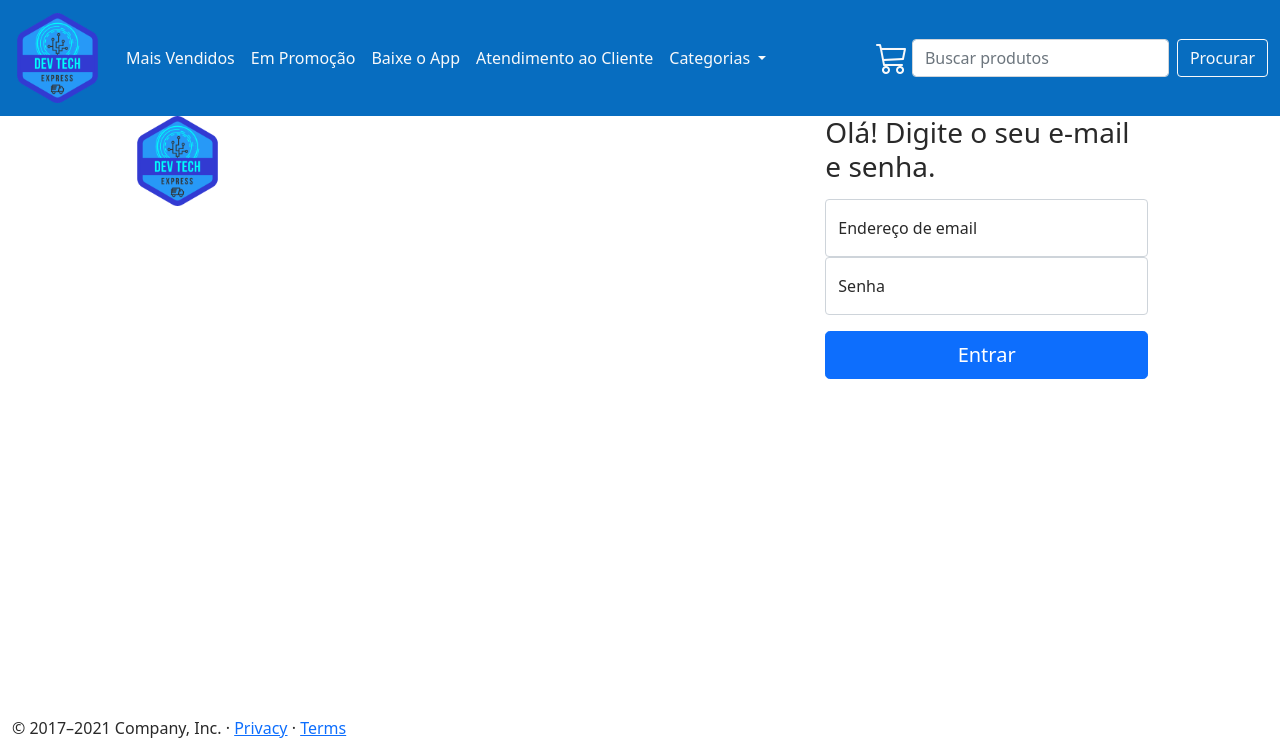
Repository: dantas-barreto/trabalho-interdisciplinar-IDW-IAP
Page: signin.html
These files come from the project's save history. The page is drawn as it stood at one moment and after the next save; the edit follows.
The browser window is 1280 px wide. The pictures show the whole page.
Some web libraries are served in a nearby version.

Above is the page before, as saved 2021-11-30 21:37:39.

### signin.html
<!DOCTYPE html>
<html lang="pt-br">
  <head>
    <meta charset="utf-8" />
    <meta name="viewport" content="width=device-width, initial-scale=1" />
    <link
      href="https://cdn.jsdelivr.net/npm/bootstrap@5.1.3/dist/css/bootstrap.min.css"
      rel="stylesheet"
      integrity="sha384-1BmE4kWBq78iYhFldvKuhfTAU6auU8tT94WrHftjDbrCEXSU1oBoqyl2QvZ6jIW3"
      crossorigin="anonymous"
    />
    <link
      rel="stylesheet"
      href="https://cdn.jsdelivr.net/npm/bootstrap-icons@1.7.1/font/bootstrap-icons.css"
    />
    <link rel="shortcut icon" href="img/favicon.ico" type="image/x-icon" />
    <link rel="stylesheet" href="css/globalStyle.css" />
    <title>Faça Login e comece suas Compras | DevTech Express</title>
  </head>
  <body>
    <nav class="navbar navbar-expand-lg header">
      <div class="container-fluid">
        <a class="navbar-brand" href="#">
          <img
            src="img/logo.png"
            width="90rem"
            height="90rem"
            alt="Logo DevTech Express"
          />
        </a>
        <button
          class="navbar-toggler"
          type="button"
          data-bs-toggle="collapse"
          data-bs-target="#navbarSupportedContent"
          aria-controls="navbarSupportedContent"
          aria-expanded="false"
          aria-label="Toggle navigation"
        >
          <span class="navbar-toggler-icon"></span>
        </button>
        <div class="collapse navbar-collapse" id="navbarSupportedContent">
          <ul class="navbar-nav me-auto mb-2 mb-lg-0">
            <li class="nav-item">
              <a
                class="nav-link link-light headerOption active"
                aria-current="page"
                href="#"
                >Mais Vendidos</a
              >
            </li>
            <li class="nav-item">
              <a
                class="nav-link link-light headerOption active"
                href="Clientes.html"
                >Em Promoção</a
              >
            </li>
            <li class="nav-item">
              <a
                class="nav-link link-light headerOption active"
                href="Fornecedores.html"
                >Baixe o App</a
              >
            </li>
            <li class="nav-item">
              <a
                class="nav-link link-light headerOption active"
                href="Produtos.html"
                >Atendimento ao Cliente</a
              >
            </li>
            <li class="nav-item dropdown">
              <a
                class="nav-link link-light headerOption active dropdown-toggle"
                href="#"
                id="navbarDropdown"
                role="button"
                data-bs-toggle="dropdown"
                aria-expanded="false"
              >
                Categorias
              </a>
              <ul class="dropdown-menu" aria-labelledby="navbarDropdown">
                <li><a class="dropdown-item" href="#">Categoria 01</a></li>
                <li><a class="dropdown-item" href="#">Categoria 02</a></li>
                <li><a class="dropdown-item" href="#">Categoria 03</a></li>
                <li><a class="dropdown-item" href="#">Categoria 04</a></li>
                <li><a class="dropdown-item" href="#">Categoria 05</a></li>
                <li><a class="dropdown-item" href="#">Categoria 06</a></li>
                <li><a class="dropdown-item" href="#">Categoria 07</a></li>
                <li><a class="dropdown-item" href="#">Categoria 08</a></li>
              </ul>
            </li>
          </ul>
          <i class="bi bi-cart3 text-light me-1" style="font-size: 2em"></i>
          <form class="d-flex" id="procurar">
            <input
              class="form-control me-2"
              type="search"
              placeholder="Buscar produtos"
              aria-label="Search"
            />
            <button class="btn btn-outline-light" type="submit">
              Procurar
            </button>
          </form>
        </div>
      </div>
    </nav>

    <main>
      <!-- Mudar o dimensionamento da div container para um arquivo css -->
      <div class="container" style="height: 37.5rem; width: 65rem">
        <div class="row">
          <div class="col-lg-8">
            <img
              src="img/logo.png"
              alt="Logo DevTech Express"
              height="90rem"
              width="90rem"
            />
          </div>
          <form class="col-lg-4">
            <h1 class="h3 mb-3 fw-normal">Olá! Digite o seu e-mail e senha.</h1>
            <div class="form-floating">
              <input
                type="email"
                class="form-control"
                id="floatingInput"
                placeholder="nome@exemplo.com"
              />
              <label for="floatingInput">Endereço de email</label>
            </div>
            <div class="form-floating mb-3">
              <input
                class="form-control"
                id="floatingPassword"
                placeholder="Senha"
              />
              <label for="floatingPassword">Senha</label>
            </div>
            <button class="w-100 btn btn-lg btn-primary" type="submit">
              Entrar
            </button>
          </form>
        </div>
      </div>

      <footer class="container-fluid">
        <p>
          &copy; 2017–2021 Company, Inc. &middot;
          <a href="#">Privacy</a> &middot; <a href="#">Terms</a>
        </p>
      </footer>
    </main>

    <script
      src="https://cdn.jsdelivr.net/npm/bootstrap@5.1.3/dist/js/bootstrap.bundle.min.js"
      integrity="sha384-ka7Sk0Gln4gmtz2MlQnikT1wXgYsOg+OMhuP+IlRH9sENBO0LRn5q+8nbTov4+1p"
      crossorigin="anonymous"
    ></script>
  </body>
</html>

### css/globalStyle.css
:root {
  --fontColor: #292929;
  --bgColor: #ebebeb;
  --header: #610ce9;
  --general: #2c34c9;
  --effect: #4aa2f8;

  --fontColorClosed: #1b1b1b;
  --bgColorClosed: #989898;
  --headerClosed: #3f0897;
  --generalClosed: #1d2282;
  --effectClosed: #076dc0;

  --fontColorOpen: #747474;
  --bgColorOpen: #f2f2f2;
  --headerOpen: #975bf6;
  --generalOpen: #7277e0;
  --effectOpen: #7fc3fa;
}

* {
  color: var(--fontColor);
}

.headerOption:hover {
  color: var(--effectOpen);
}

/* Header */
.header {
  background-color: var(--effectClosed);
}
/* End Header */

/* Icons */

/* End Icons */

/* Stars */
.classificacao {
  display: flex;
  justify-content: space-between;
}

.classificacao {
  background-color: #f2f2f2;
  border-radius: 8px;
  text-align: center;
  width: 200px;
}

.qualidade {
  --percent: calc(var(--rating) / 5 * 100%);
  display: inline-block;
  font-size: 20px;
  line-height: 1;
}

.qualidade::before {
  background: linear-gradient(90deg, #fc0 var(--percent), #fff var(--percent));
  content: "★★★★★";
  letter-spacing: 3px;
  background-clip: text;
  -webkit-background-clip: text;
  -webkit-text-fill-color: transparent;
}
/* End Stars */

/* Cards */
.wrapper {
  display: flex;
  flex-wrap: wrap;
  max-width: 900px;
  width: 100%;
  margin: 50px auto;
}

.block {
  width: calc(
    100% / 3 - 20px
  ); /*divide 100% da tela em 3 partes e subtrai o valor lateral da margem*/
  margin: 10px;
  background-color: #fff;
  border: 1px solid #ccc;
  box-shadow: 2px 2px 4px 0px rgba(51, 6, 10, 0.85);

  display: flex;
  flex-direction: column;
}

.tag_name {
  text-align: center;
}

.tag_name img {
  width: 100%;
  height: 100%;
}

.block_desc {
  text-align: center;
  padding: 15px;
  flex-grow: 1; /*empurra todo o conteúdo para baixo mantendo a altura do maior elemento*/
}

.block_link {
  border-top: 1px solid #ccc;
}
/* End Cards */

After the next save:
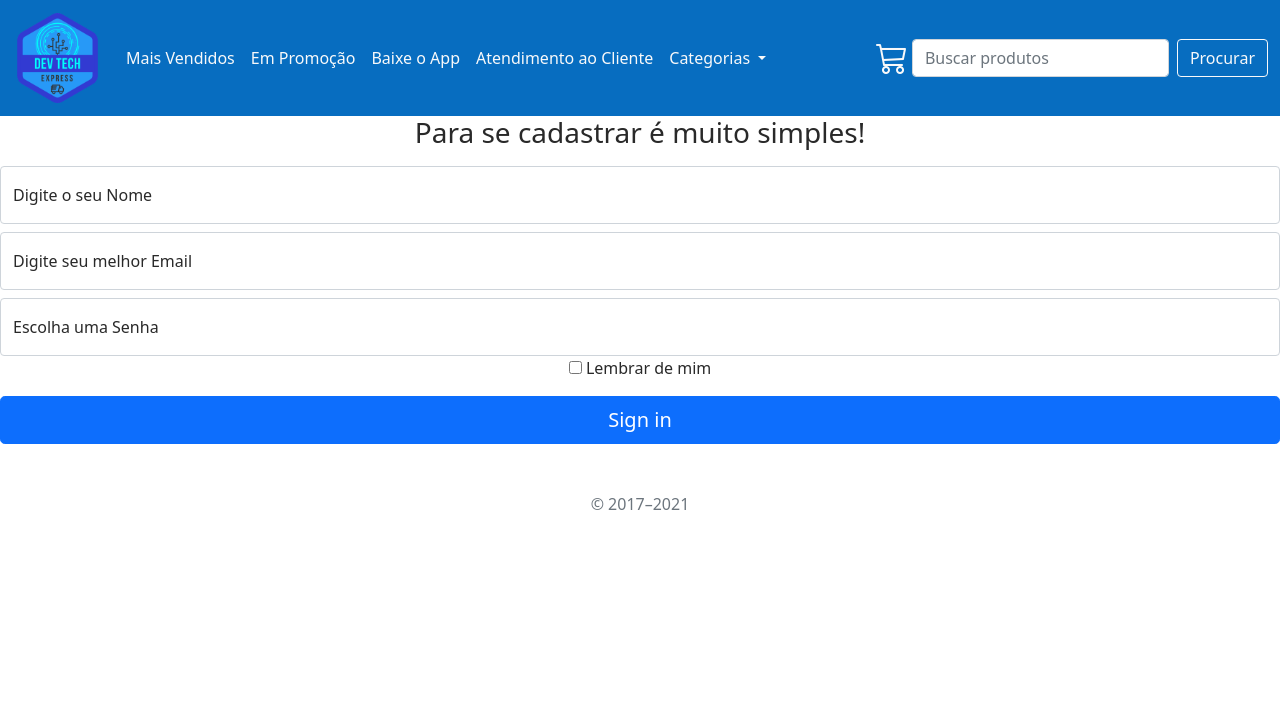
Saved 44 min 20 s later.
--- a/signin.html
+++ b/signin.html
@@ -109,50 +109,48 @@
       </div>
     </nav>
 
-    <main>
-      <!-- Mudar o dimensionamento da div container para um arquivo css -->
-      <div class="container" style="height: 37.5rem; width: 65rem">
-        <div class="row">
-          <div class="col-lg-8">
-            <img
-              src="img/logo.png"
-              alt="Logo DevTech Express"
-              height="90rem"
-              width="90rem"
-            />
-          </div>
-          <form class="col-lg-4">
-            <h1 class="h3 mb-3 fw-normal">Olá! Digite o seu e-mail e senha.</h1>
-            <div class="form-floating">
-              <input
-                type="email"
-                class="form-control"
-                id="floatingInput"
-                placeholder="nome@exemplo.com"
-              />
-              <label for="floatingInput">Endereço de email</label>
-            </div>
-            <div class="form-floating mb-3">
-              <input
-                class="form-control"
-                id="floatingPassword"
-                placeholder="Senha"
-              />
-              <label for="floatingPassword">Senha</label>
-            </div>
-            <button class="w-100 btn btn-lg btn-primary" type="submit">
-              Entrar
-            </button>
-          </form>
+    <main class="form-signin text-center">
+      <form>
+        <h1 class="h3 mb-3 fw-normal">Para se cadastrar é muito simples!</h1>
+
+        <div class="form-floating">
+          <input
+            type="text"
+            class="form-control"
+            id="floatingInput"
+            placeholder="Ex.: Gabriel Fernandes Bino"
+          />
+          <label for="floatingInput">Digite o seu Nome</label>
         </div>
-      </div>
+        <div class="form-floating mt-2 mb-2">
+          <input
+            type="email"
+            class="form-control"
+            id="floatingInput"
+            placeholder="nome@exemplo.com"
+          />
+          <label for="floatingInput">Digite seu melhor Email</label>
+        </div>
+        <div class="form-floating">
+          <input
+            type="senha"
+            class="form-control"
+            id="floatingPassword"
+            placeholder="Senha"
+          />
+          <label for="floatingPassword">Escolha uma Senha</label>
+        </div>
 
-      <footer class="container-fluid">
-        <p>
-          &copy; 2017–2021 Company, Inc. &middot;
-          <a href="#">Privacy</a> &middot; <a href="#">Terms</a>
-        </p>
-      </footer>
+        <div class="checkbox mb-3">
+          <label>
+            <input type="checkbox" value="remember-me" /> Lembrar de mim
+          </label>
+        </div>
+        <button class="w-100 btn btn-lg btn-primary" type="submit">
+          Sign in
+        </button>
+        <p class="mt-5 mb-3 text-muted">&copy; 2017–2021</p>
+      </form>
     </main>
 
     <script
